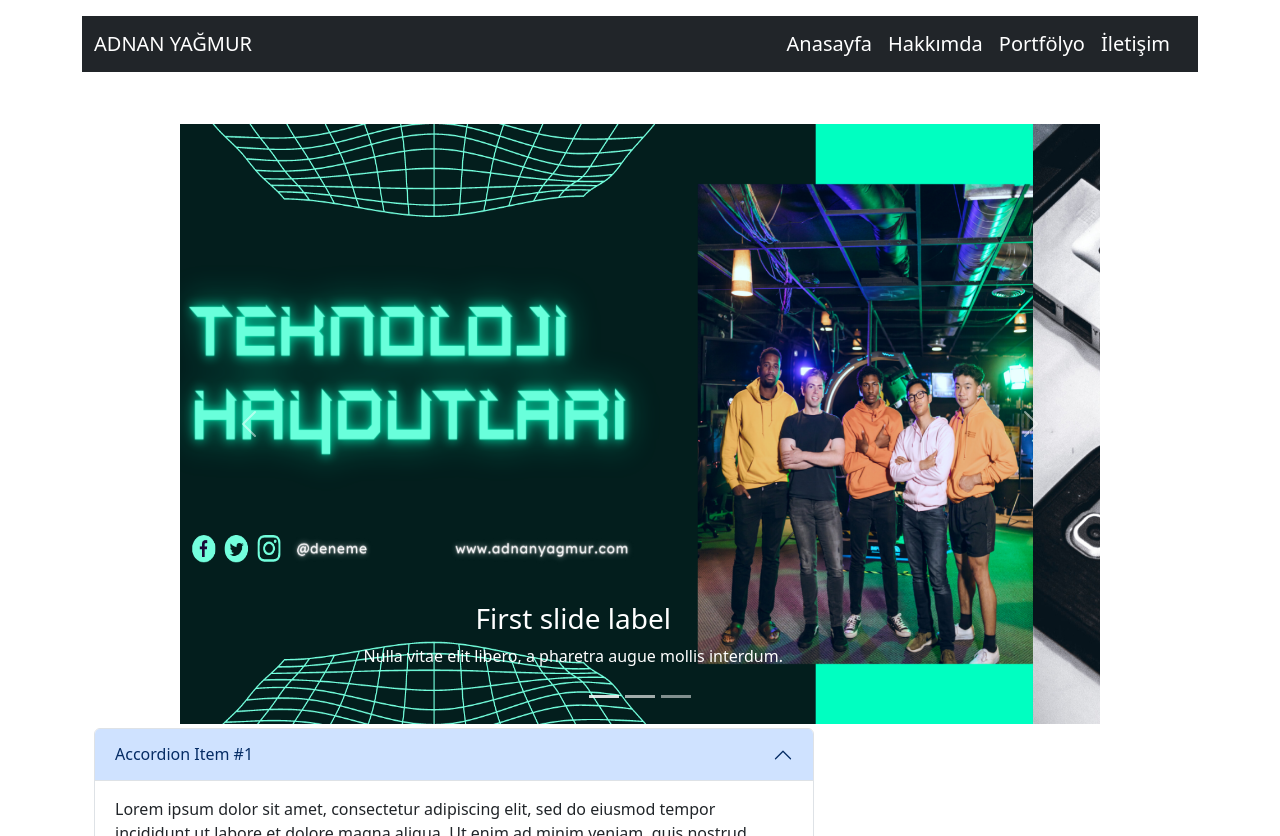
Repository: adnanyagmur/react-bootstrap-example
Page: /
These files come from the project's save history. The page is drawn as it stood at one moment and after the next save; the edit follows.
The browser window is 1280 px wide. The pictures show the part of the page from y = 0 to 836 px (the page is 2143 px tall before and 1791 px after).
Pictures or frames that could not be fetched are drawn as grey boxes. The project was rebuilt for these pictures with package versions that can differ from the ones it lists, and the page was loaded fresh each time.

Above is the page before, as saved 2022-06-29 11:38:54.

### src/index.js
import React from 'react';
import ReactDOM from 'react-dom/client';
import '../node_modules/bootstrap/dist/css/bootstrap.min.css';
import SSRProvider from 'react-bootstrap/SSRProvider';
import App from './App';


const root = ReactDOM.createRoot(document.getElementById('root'));
root.render(
  <React.StrictMode>
  <SSRProvider>
  <App />
</SSRProvider>
  </React.StrictMode>
);

### src/App.js
import { Container } from "react-bootstrap";
import  Appbar  from "./appComponents/Appbar.jsx";
import AppContainer from "./appComponents/AppContainer.jsx";
import Slider from "./appComponents/Slider.jsx";

function App() {

 return (
<Container>


<Appbar></Appbar>

<Slider></Slider>


  <AppContainer></AppContainer>
  </Container>
  );
}

export default App;

### src/appComponents/Appbar.jsx

const Appbar =()=>{

    return(
        <>
  <nav className="navbar navbar-dark bg-dark mb-5 mt-3">
  <div className="container-fluid">
    <a href="/" className="navbar-brand">ADNAN YAĞMUR</a>
    <form className="d-flex" role="search">
    <a href="/" className="navbar-brand">Anasayfa</a>
    <a href="/" className="navbar-brand">Hakkımda</a>
    <a href="/" className="navbar-brand">Portfölyo</a>
    <a href="/" className="navbar-brand">İletişim</a>

    </form>
  </div>
</nav>

</>
    )
}

export default Appbar;

### src/appComponents/AppContainer.jsx
import {Accordion,Container,Card,Button, Row, Col} from "react-bootstrap"

const AppContainer = () => {

    return (
       <Container>
        <Row>
        <Col sm={8}>
        <Accordion>
  <Accordion.Item >
    <Accordion.Header>Accordion Item #1</Accordion.Header>
    <Accordion.Body>
      Lorem ipsum dolor sit amet, consectetur adipiscing elit, sed do eiusmod
      tempor incididunt ut labore et dolore magna aliqua. Ut enim ad minim
      veniam, quis nostrud exercitation ullamco laboris nisi ut aliquip ex ea
      commodo consequat. Duis aute irure dolor in reprehenderit in voluptate
      velit esse cillum dolore eu fugiat nulla pariatur. Excepteur sint occaecat
      cupidatat non proident, sunt in culpa qui officia deserunt mollit anim id
      est laborum.
    </Accordion.Body>
  </Accordion.Item>
  <Accordion.Item >
    <Accordion.Header>Accordion Item #2</Accordion.Header>
    <Accordion.Body>
      Lorem ipsum dolor sit amet, consectetur adipiscing elit, sed do eiusmod
      tempor incididunt ut labore et dolore magna aliqua. Ut enim ad minim
      veniam, quis nostrud exercitation ullamco laboris nisi ut aliquip ex ea
      commodo consequat. Duis aute irure dolor in reprehenderit in voluptate
      velit esse cillum dolore eu fugiat nulla pariatur. Excepteur sint occaecat
      cupidatat non proident, sunt in culpa qui officia deserunt mollit anim id
      est laborum.
    </Accordion.Body>
  </Accordion.Item>
</Accordion>

            </Col>
        <Col sm={4}>

        </Col>

        </Row>
        <Row>
            <Col><Card style={{ width: '18rem' }}>

                <Card.Img className="p-3" variant="top" src="https://picsum.photos/200/200" />

                <Card.Body>
                    <Card.Title>Card Title</Card.Title>
                    <Card.Text>
                        Some quick example text to build on the card title and make up the bulk of
                        the card's content.
                    </Card.Text>
                    <Button variant="primary">Go somewhere</Button>
                </Card.Body>
            </Card></Col>
            <Col><Card style={{ width: '18rem' }}>

                <Card.Img className="p-3" variant="top" src="https://picsum.photos/200/200" />

                <Card.Body>
                    <Card.Title>Card Title</Card.Title>
                    <Card.Text>
                        Some quick example text to build on the card title and make up the bulk of
                        the card's content.
                    </Card.Text>
                    <Button variant="primary">Go somewhere</Button>
                </Card.Body>
            </Card></Col>
            <Col><Card style={{ width: '18rem' }}>

                <Card.Img className="p-3" variant="top" src="https://picsum.photos/200/200" />

                <Card.Body>
                    <Card.Title>Card Title</Card.Title>
                    <Card.Text>
                        Some quick example text to build on the card title and make up the bulk of
                        the card's content.
                    </Card.Text>
                    <Button variant="primary">Go somewhere</Button>
                </Card.Body>
            </Card></Col>
            <Col>
            <Card style={{ width: '18rem' }}>

                <Card.Img className="p-3" variant="top" src="https://picsum.photos/200/200" />

                <Card.Body>
                    <Card.Title>Card Title</Card.Title>
                    <Card.Text>
                        Some quick example text to build on the card title and make up the bulk of
                        the card's content.
                    </Card.Text>
                    <Button variant="primary">Go somewhere</Button>
                </Card.Body>
            </Card>
            </Col>
            </Row>
            </Container>


    )
}

export default AppContainer;

### src/appComponents/Slider.jsx
import { Carousel, Col, Container, Row, } from "react-bootstrap"
import Logo1 from "../assets/Logo1.png";
import Logo2 from "../assets/Logo2.png";
import Logo3 from "../assets/Logo3.png";

const Slider = () => {

  return (

  <Container className="p-1">
    <Row>
      <Col sm={1}></Col>
      <Col>
        <Carousel>
          <Carousel.Item interval={1000}>
            <img
              className="d-block w-100"
              src={Logo1}
              alt="First slide"
              height="600"
            />
            <Carousel.Caption>
              <h3>First slide label</h3>
              <p>Nulla vitae elit libero, a pharetra augue mollis interdum.</p>
            </Carousel.Caption>
          </Carousel.Item>
          <Carousel.Item interval={1000}>
            <img
              className="d-block w-100"
              src={Logo2}
              alt="Second slide"
              height="600"
            />
            <Carousel.Caption>
              <h3>Second slide label</h3>
              <p>Lorem ipsum dolor sit amet, consectetur adipiscing elit.</p>
            </Carousel.Caption>
          </Carousel.Item>
          <Carousel.Item interval={1000}>
            <img
              className="d-block w-100"
              src={Logo3}
              alt="Third slide"
              height="600"
            />
            <Carousel.Caption>
              <h3>Third slide label</h3>
              <p>Praesent commodo cursus magna, vel scelerisque nisl consectetur.</p>
            </Carousel.Caption>
          </Carousel.Item>
        </Carousel>
      </Col>
      <Col sm={1}>
      </Col>
    </Row>
  </Container>

  )
}
export default Slider;

Loaded but not shown: public/index.html (common file)

After the next save:
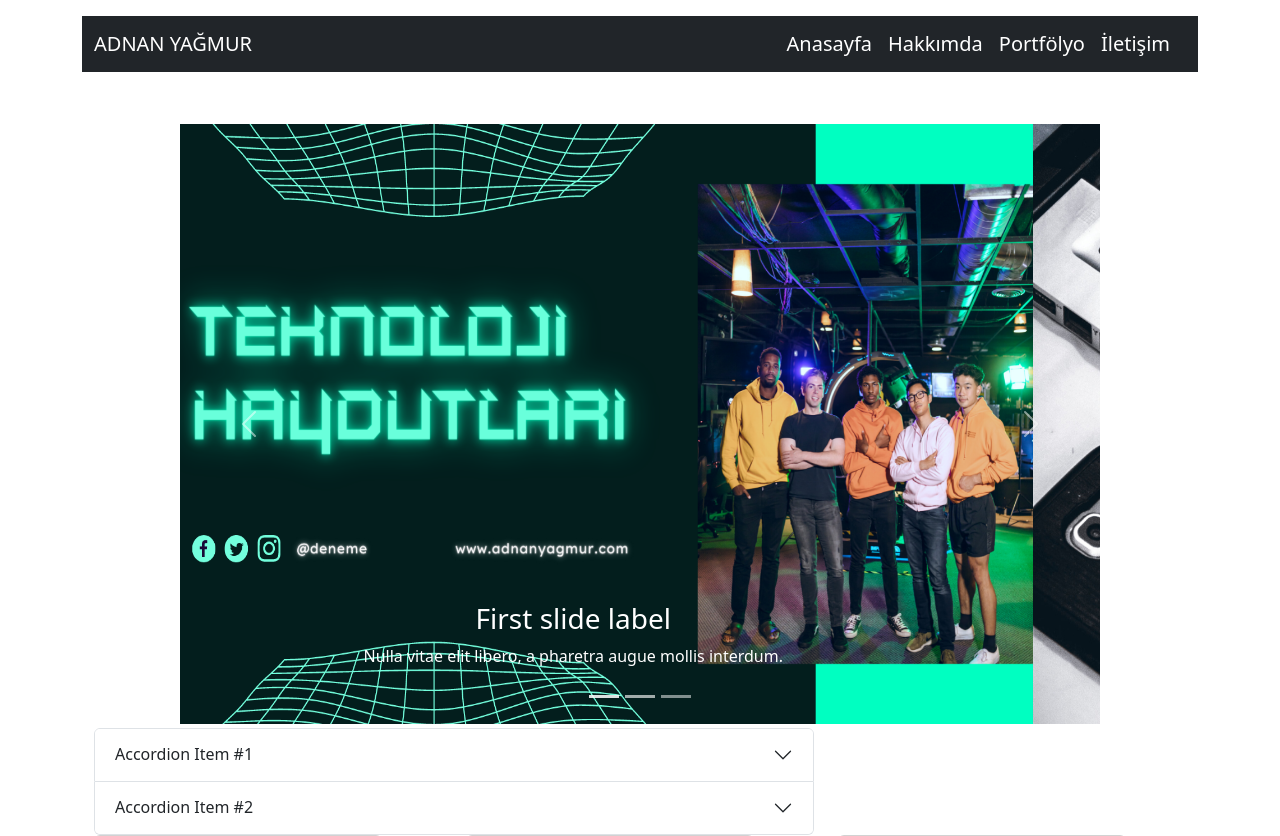
Saved 13 s later.
--- a/src/appComponents/AppContainer.jsx
+++ b/src/appComponents/AppContainer.jsx
@@ -7,7 +7,7 @@ const AppContainer = () => {
         <Row>
         <Col sm={8}>
         <Accordion>
-  <Accordion.Item >
+  <Accordion.Item eventKey="0">
     <Accordion.Header>Accordion Item #1</Accordion.Header>
     <Accordion.Body>
       Lorem ipsum dolor sit amet, consectetur adipiscing elit, sed do eiusmod
@@ -19,7 +19,7 @@ const AppContainer = () => {
       est laborum.
     </Accordion.Body>
   </Accordion.Item>
-  <Accordion.Item >
+  <Accordion.Item eventKey="1">
     <Accordion.Header>Accordion Item #2</Accordion.Header>
     <Accordion.Body>
       Lorem ipsum dolor sit amet, consectetur adipiscing elit, sed do eiusmod
